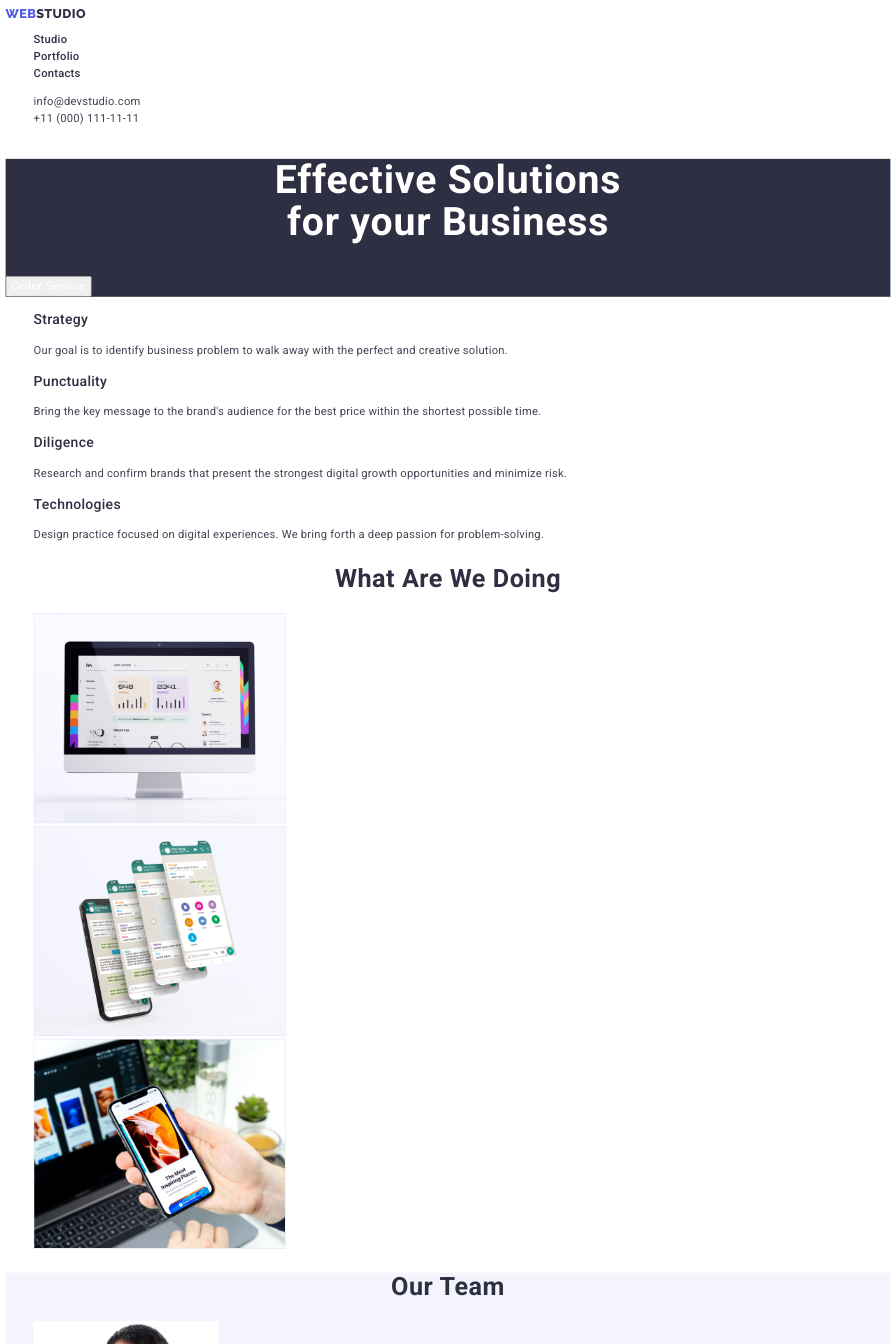
Repository: jandiman/goit-markup-hw-02
Page: index.html
These files come from the project's save history. The page is drawn as it stood at one moment and after the next save; the edit follows.
The browser window is 1280 px wide. The pictures show the part of the page from y = 0 to 1920 px (the page is 3484 px tall), at 70% of full size.
The pointer rests on the first visible `.hero-button`.

Above is the page before, as saved 2023-07-07 09:45:17.

After the next save:
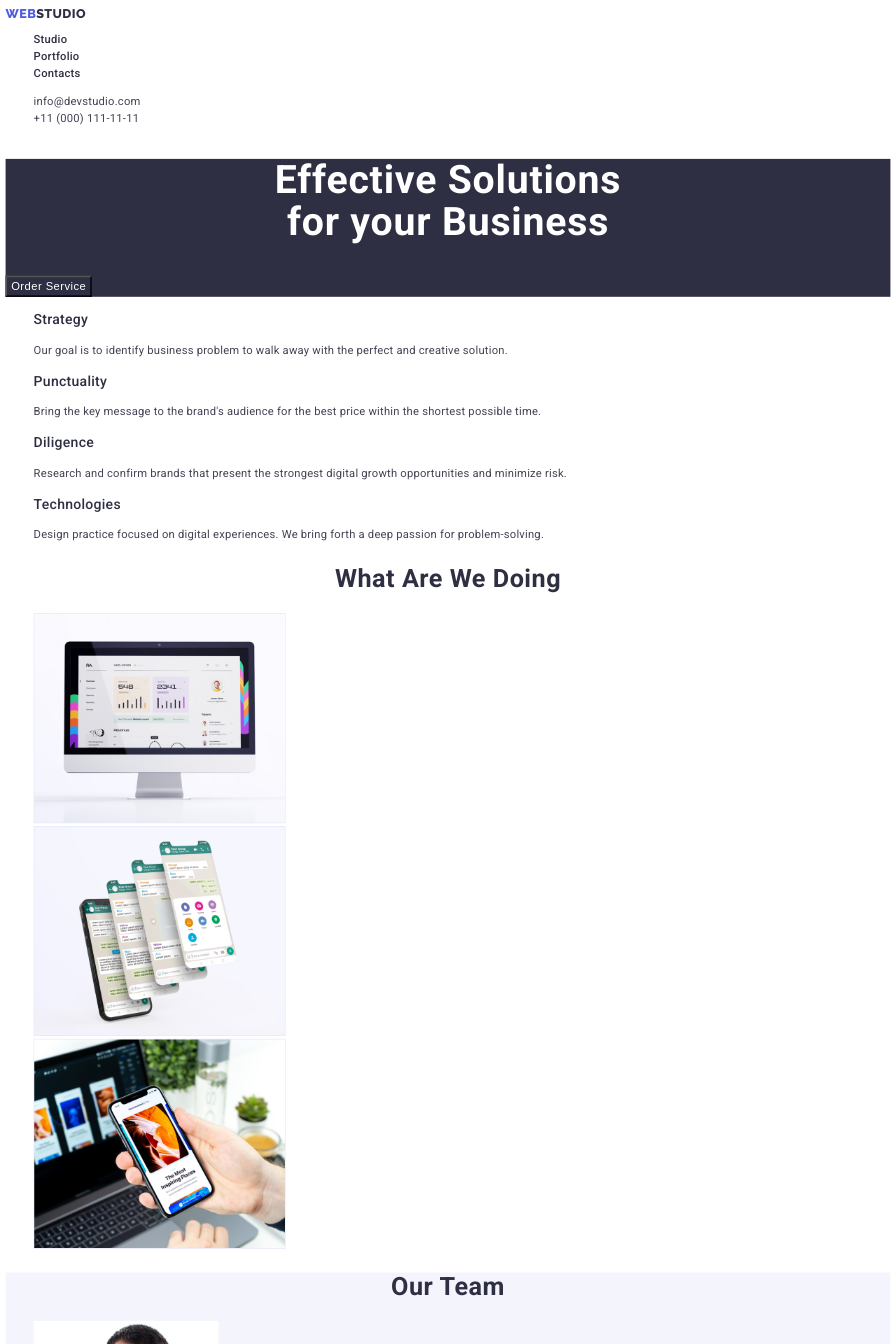
Saved 26 s later.
--- a/css/styles.css
+++ b/css/styles.css
@@ -108,7 +108,7 @@
 
 .hero-button:hover,
 .hero-button:focus {
-  background-color: var(--navyblue: #2e2f42;);
+  background-color: var(--navyblue);
 }
 .hero-button:active {
   background-color: var(--slate);
